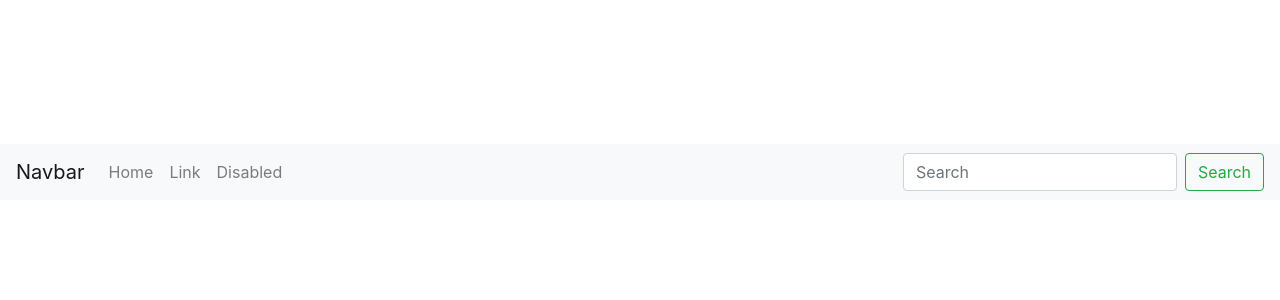
Repository: wolwerr/VueJs-Ninja
Page: Aula-13.html
An editor plug-in stored every save of this project. The page is shown before and after the next save, followed by the edit.
The browser window is 1280 px wide. The pictures show the whole page.

Above is the page before, as saved 2021-10-25 22:14:20.

After the next save:
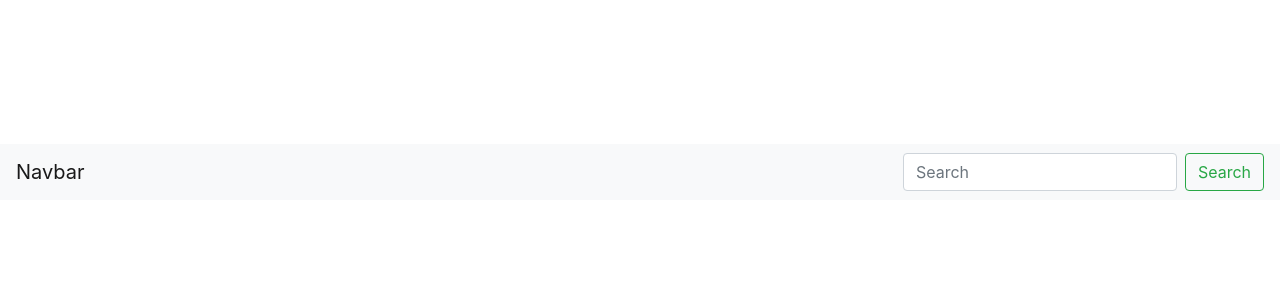
Saved 68 s later.
--- a/Aula-13.html
+++ b/Aula-13.html
@@ -24,7 +24,7 @@
                 </button>
 
                 <div class="collapse navbar-collapse" id="navbarSupportedContent">
-                    <menu-bar :items="[{ label: 'Home'}, { label: 'Link'}, { label: 'Disabled'}]"></menu-bar>
+                    <menu-bar :items="topNav"></menu-bar>
 
                   <form class="form-inline my-2 my-lg-0">
                     <input class="form-control mr-sm-2" type="search" placeholder="Search" aria-label="Search">

After the save that followed:
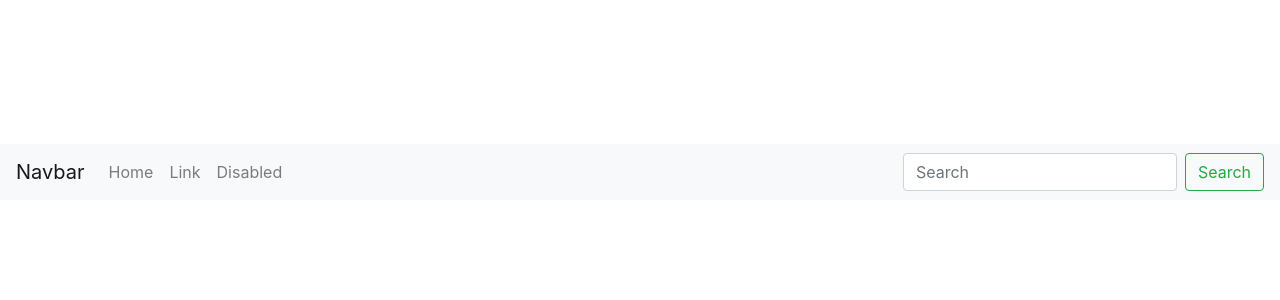
Saved 2 min 20 s later.
--- a/Aula-13.html
+++ b/Aula-13.html
@@ -47,7 +47,12 @@
 
     <script>
         Vue.component('navbar', {
-            template: '#navbar'
+            template: '#navbar',
+            data() {
+                return {
+                    topNav: [{ label: 'Home'}, { label: 'Link'}, { label: 'Disabled'}]
+                }
+            }
         });
         Vue.component('menu-bar', {
             template:"#menu",
